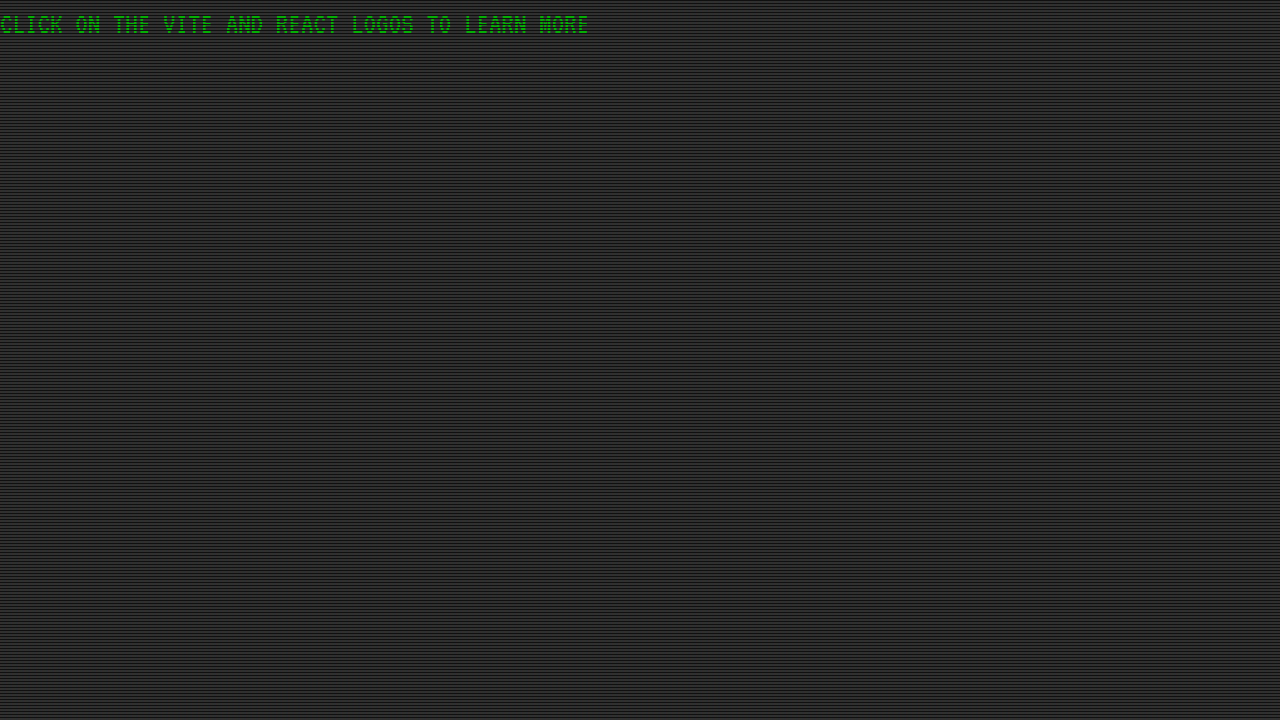
Repository: yezhonghu0503/hu-homepage
Page: /
An editor plug-in stored every save of this project. The page is shown before and after the next save, followed by the edit.
The browser window is 1280 px wide. The pictures show the whole page.
The project was rebuilt for these pictures with package versions that can differ from the ones it lists, and the page was loaded fresh each time. Also part of the build but not shown: vite.config.ts, src/App.css.

Above is the page before, as saved 2023-08-15 14:37:42.

### index.html
<!doctype html>
<html lang="en">

<head>
  <meta charset="UTF-8" />
  <link rel="icon" type="image/svg+xml" href="/vite.svg" />
  <meta name="viewport" content="width=device-width, initial-scale=1.0" />
  <title>Vite + React + TS</title>
</head>

<body>
  <div class="overlay"></div>
  <div class="scanline"></div>
  <div id="root" class="wrapper"></div>
  <script type="module" src="/src/main.tsx"></script>
</body>

</html>

### src/App.tsx
// import { useState } from "react";
// import reactLogo from "./assets/react.svg";
// import viteLogo from "/vite.svg";
import "./App.css";
function App() {
  // const [count, setCount] = useState(0);

  return (
    <>
      <h1>Click on the Vite and React logos to learn more</h1>
    </>
  );
}

export default App;

### src/index.css
@import url(https://fonts.googleapis.com/css?family=VT323);

@tailwind base;
@tailwind components;
@tailwind utilities;

@keyframes scroll {
  0% {
    height: 0
  }

  100% {
    height: 100%;
  }
}

@keyframes type {
  from {
    width: 0;
  }
}


@keyframes type2 {
  0% {
    width: 0;
  }

  50% {
    width: 0;
  }

  100% {
    width: 100;
  }
}

@keyframes blink {
  to {
    opacity: .0;
  }
}

@keyframes scan {
  from {
    top: 0
  }

  to {
    top: 100%
  }
}

@keyframes flicker {
  0% {
    opacity: 0.15795
  }

  5% {
    opacity: 0.31511
  }

  10% {
    opacity: 0.94554
  }

  15% {
    opacity: 0.2469
  }

  20% {
    opacity: 0.62031
  }

  25% {
    opacity: 0.0293
  }

  30% {
    opacity: 0.00899
  }

  35% {
    opacity: 0.5344
  }

  40% {
    opacity: 0.12778
  }

  45% {
    opacity: 0.52042
  }

  50% {
    opacity: 0.3823
  }

  55% {
    opacity: 0.2198
  }

  60% {
    opacity: 0.9383
  }

  65% {
    opacity: 0.86615
  }

  70% {
    opacity: 0.68695
  }

  75% {
    opacity: 0.55749
  }

  80% {
    opacity: 0.96984
  }

  85% {
    opacity: 0.0361
  }

  90% {
    opacity: 0.24467
  }

  95% {
    opacity: 0.08351
  }

  100% {
    opacity: 0.54813
  }
}

::-webkit-scrollbar {
  display: none;
}

* {
  box-sizing: border-box;
}

html,
body {
  background: #383838;
  color: #00dd00;
  font-size: 64.5%;
  font-size: 1.4em;
  font-family: 'VT323', Courier;
  height: 100%;
  margin: 0;
  padding: 0;
}

h1,
h2,
h3 h4,
h5,
h6 {
  font-weight: normal;
  margin: 0;
  text-transform: uppercase;
}

h4 b {
  color: white;
}

a {
  color: white;
  text-decoration: none;
}

a:hover {
  color: red;
}

p {
  line-height: 100%;
  margin: 0;
}

span {
  animation: blink 1s infinite
}

ul {
  list-style: none;
}

ul a:before,
p a:before {
  color: #00dd00;
  content: ' [ ';
}

ul a:after,
p a:after {
  color: #00dd00;
  content: ' ] ';
}

header.site {
  margin: 0 0 40px 0;
  text-transform: uppercase;
}

nav.site {
  margin: 0 0 40px 0;
  position: relative;
  width: 100%;
  z-index: 10;
}

nav.site ul {
  padding: 0;
}

nav.site ul li {
  display: inline-block;
  padding: 0 10px;
  min-width: 250px;
  width: auto;
}

.overlay {
  height: 1px;
  position: absolute;
  top: 0;
  left: 0;
  width: 1px;
}

.overlay:before {
  background: linear-gradient(#101010 50%, rgba(16, 16, 16, 0.2) 50%), linear-gradient(90deg, rgba(255, 0, 0, 0.03), rgba(0, 255, 0, 0.02), rgba(0, 0, 255, 0.03));
  background-size: 100% 3px, 6px 100%;
  content: "";
  display: block;
  pointer-events: none;
  position: fixed;
  top: 0;
  right: 0;
  bottom: 0;
  left: 0;
  z-index: 2;
}

.overlay:after {
  animation: flicker 0.30s infinite;
  background: rgba(16, 16, 16, 0.2);
  content: "";
  display: block;
  pointer-events: none;
  position: fixed;
  top: 0;
  right: 0;
  bottom: 0;
  left: 0;
  z-index: 2;
}

.col {
  float: left;
  padding: 0 20px;
}

.col.two {
  width: auto;
}

.wrapper {
  animation: scroll 5s 1;
  margin: 0;
  overflow: hidden;
  padding: 0;
  scrollbar-width: none;
  -ms-overflow-style: none;
}

.content {
  animation: scroll 3s 1;
  overflow: hidden;
  padding: 40px;
  position: relative;
  width: 95%;
}

#logo-v {
  display: block;
  height: auto;
  margin: 0 auto;
  width: 200px;
}

img.pip-hero {
  display: block;
  float: left;
  height: auto;
  margin: 5px 10px 5px 0;
  width: 120px;
}


label {
  clear: left;
  display: block;
  float: left;
  margin-right: 10px;
  padding-top: 5px;
}

input[type=text],
textarea {
  background: transparent;
  border: none;
  color: #00dd00;
  display: block;
  float: left;
  font-family: 'VT323', Courier;
  font-size: 1.2em;
  position: relative;
  width: 80%;
  z-index: 10
}

textarea {
  margin-bottom: 20px;
  overflow: auto;
  resize: none;
}

input[type=text]:focus,
textarea:focus,
input[type=submit]:focus,
a.button:focus {
  outline: 0;
}

input[type=submit],
a.button {
  background: transparent;
  border: 1px solid #00dd00;
  clear: both;
  color: #00dd00;
  cursor: hand;
  display: inline-block;
  font-family: 'VT323', Courier;
  font-size: 1em;
  margin-bottom: 20px;
  opacity: 0.25;
  padding: 10px 100px;
  position: relative;
  text-decoration: none;
  text-transform: uppercase;
  z-index: 10;
}

input[type=submit]:hover,
a.button:hover {
  background: #00dd00;
  color: #383838;
  opacity: 0.8;
}

.expandingArea {
  position: relative
}

.scanline {
  animation: scroll 10s 5s infinite;
  background: -moz-linear-gradient(top, rgba(0, 221, 0, 0) 0%, rgba(0, 221, 0, 1) 50%, rgba(0, 221, 0, 0) 100%);
  background: -webkit-linear-gradient(top, rgba(0, 221, 0, 0) 0%, rgba(0, 221, 0, 1) 50%, rgba(0, 221, 0, 0) 100%);
  background: linear-gradient(to bottom, rgba(0, 221, 0, 0) 0%, rgba(0, 221, 0, 1) 50%, rgba(0, 221, 0, 0) 100%);
  filter: progid:DXImageTransform.Microsoft.gradient(startColorstr='#0000dd00', endColorstr='#0000dd00', GradientType=0);
  display: block;
  height: 20px;
  opacity: 0.05;
  position: absolute;
  left: 0;
  right: 0;
  top: -5%;
  z-index: 2;
}

.clear {
  clear: both;
}

.clearfix {
  overflow: auto;
  zoom: 1;
}

.upper {
  text-transform: uppercase;
}

Loaded but not shown: src/main.tsx (common file); tailwind.config.js (common file)

After the next save:
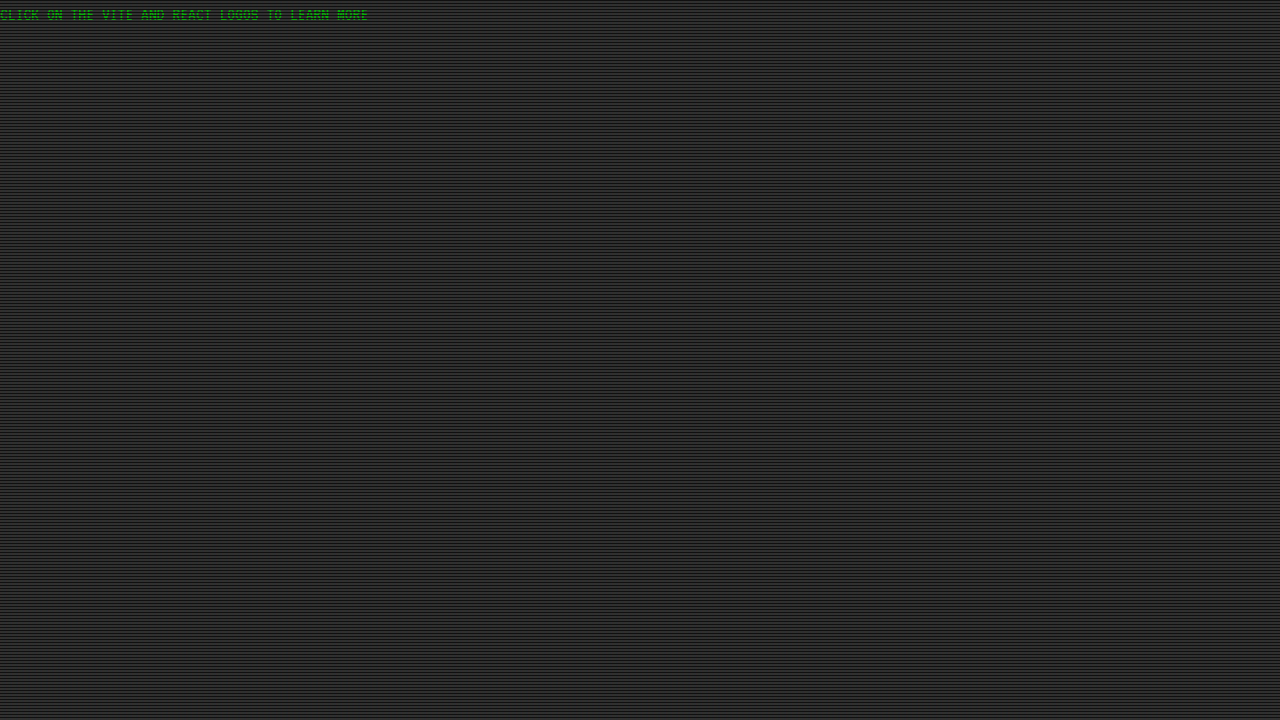
Saved 2 min 10 s later.
--- a/src/App.tsx
+++ b/src/App.tsx
@@ -7,7 +7,9 @@
 
   return (
     <>
-      <h1>Click on the Vite and React logos to learn more</h1>
+      <h1 className="text-sm">
+        Click on the Vite and React logos to learn more
+      </h1>
     </>
   );
 }

After the save that followed:
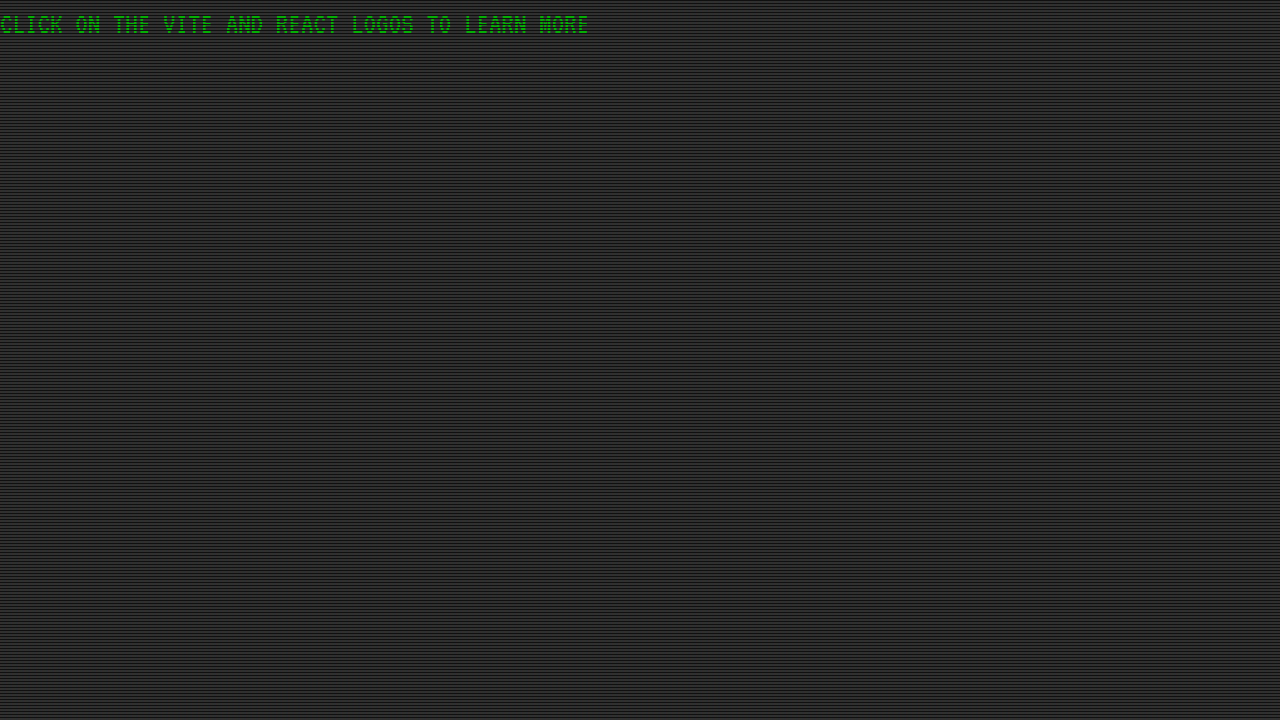
Saved 14 s later.
--- a/src/App.tsx
+++ b/src/App.tsx
@@ -7,9 +7,7 @@
 
   return (
     <>
-      <h1 className="text-sm">
-        Click on the Vite and React logos to learn more
-      </h1>
+      <h1>Click on the Vite and React logos to learn more</h1>
     </>
   );
 }
